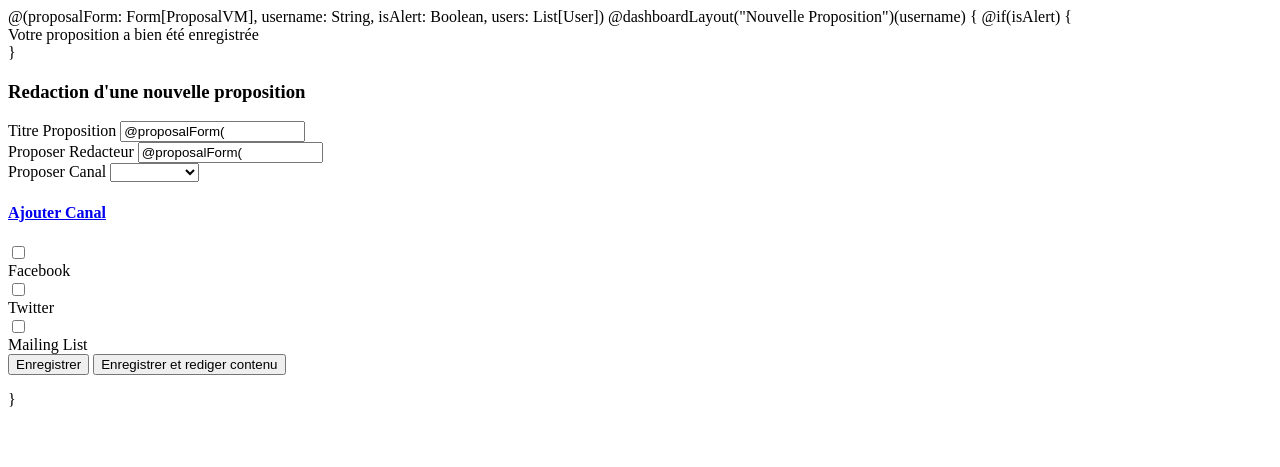
Repository: spirale-software/labo_master
Page: Application/oneDotCom/app/views/proposalForm.scala.html
These files come from the project's save history. The page is drawn as it stood at one moment and after the next save; the edit follows.
The browser window is 1280 px wide. The pictures show the whole page.

Above is the page before, as saved 2017-04-06 14:28:38.

After the next save:
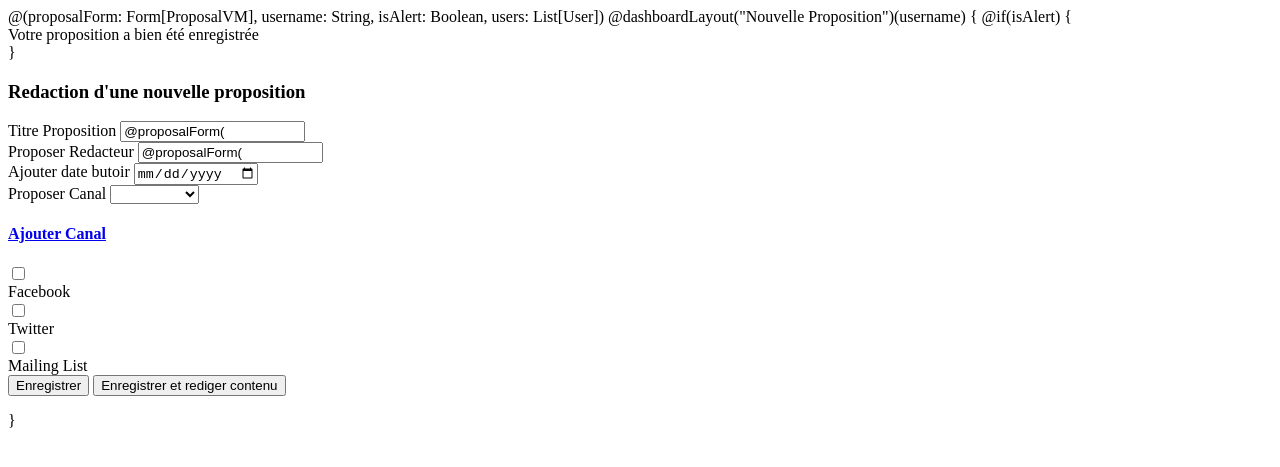
Saved 4 min 35 s later.
--- a/Application/oneDotCom/app/views/proposalForm.scala.html
+++ b/Application/oneDotCom/app/views/proposalForm.scala.html
@@ -22,6 +22,10 @@
                         <label for="assignedWriter">Proposer Redacteur</label>
                         <input type="text" class="form-control" name="@proposalForm("proposedWriter").name" id="writer" list="suggestions"
                         	value="@proposalForm("proposedWriter").value" placeholder="Redacteur">
+                    </div>
+                    <div class="form-group">
+                        <label for="assignedWriter">Ajouter date butoir</label>
+                        <input type="date" class="form-control" name="@proposalForm("deadLine").name">
                     </div>
 
                     <datalist id="suggestions">
